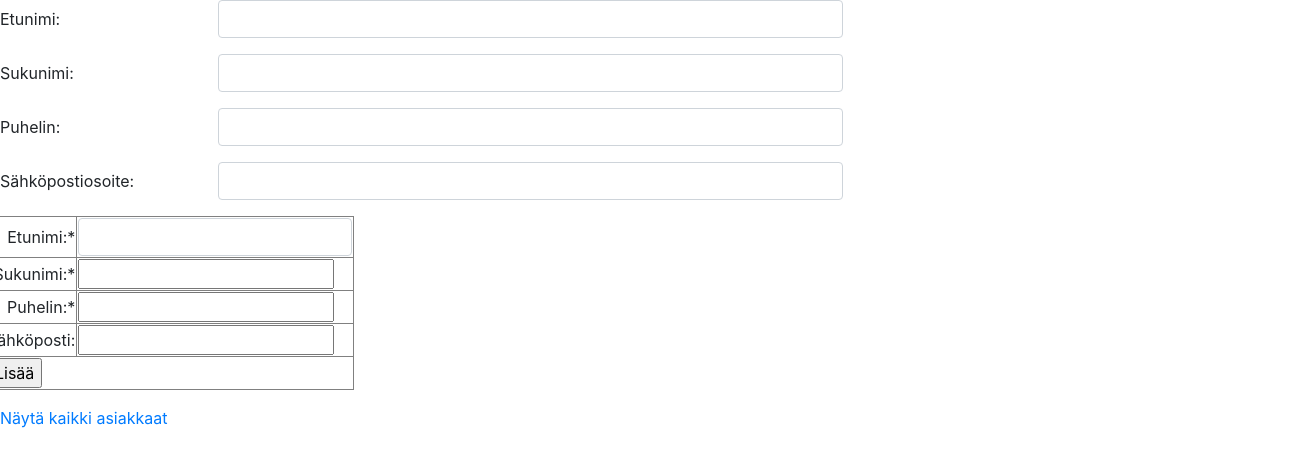
Repository: sarastu5/javaohjelmointi
Page: http://localhost/AsiakkaatWeb/lisaaasiakas.jsp
These files come from the project's save history. The page is drawn as it stood at one moment and after the next save; the edit follows.
The browser window is 1280 px wide. The page is 1295 px wide, so the pictures cover 1295 px, including what lies to the right of the window. The pictures show the whole page.
Some web libraries are served in a nearby version. The page is served by Tomcat 9. The session is filled in as if someone had signed in: {"kayttaja": 1}. Other server files are loaded and not shown.

Above is the page before, as saved 2018-05-04 18:40:05.

### Java EE/AsiakkaatWeb/WebContent/lisaaasiakas.jsp
<%@include file="onkokirjauduttu.jsp" %>
<%@ page language="java" contentType="text/html; charset=ISO-8859-1"
    pageEncoding="ISO-8859-1"%>
<!DOCTYPE html PUBLIC "-//W3C//DTD HTML 4.01 Transitional//EN" "http://www.w3.org/TR/html4/loose.dtd">
<html>
<head>
<meta http-equiv="Content-Type" content="text/html; charset=ISO-8859-1">
<script src="https://ajax.googleapis.com/ajax/libs/jquery/3.1.1/jquery.min.js"></script>
<link rel="stylesheet" type="text/css" href="main.css">
<link rel="stylesheet" href="https://stackpath.bootstrapcdn.com/bootstrap/4.1.0/css/bootstrap.min.css" integrity="sha384-9gVQ4dYFwwWSjIDZnLEWnxCjeSWFphJiwGPXr1jddIhOegiu1FwO5qRGvFXOdJZ4" crossorigin="anonymous">
<title>Asiakkaiden lisäys</title>
</head>
<body>
	<div id="error"></div>

	<form>
		<div class="form-group row">
	   		<label for="etunimi" class="col-sm-2 col-form-label">Etunimi:</label>
	    	<div class="col-sm-6">
	      		<input type="text" class="form-control" name="etunimi" id="etunimi">
	    	</div>
  		</div>
  		<div class="form-group row">
	   		<label for="sukunimi" class="col-sm-2 col-form-label">Sukunimi:</label>
	    	<div class="col-sm-6">
	      		<input type="text" class="form-control" name="sukunimi" id="sukunimi">
	    	</div>
  		</div>
  		<div class="form-group row">
	   		<label for="puhelin" class="col-sm-2 col-form-label">Puhelin:</label>
	    	<div class="col-sm-6">
	      		<input type="text" class="form-control" name="puhelin" id="puhelin">
	    	</div>
  		</div>
  		<div class="form-group row">
	   		<label for="sposti" class="col-sm-2 col-form-label">Sähköpostiosoite:</label>
	    	<div class="col-sm-6">
	      		<input type="text" class="form-control" name="sposti" id="sposti">
	    	</div>
  		</div>
	</form>



	<form class="form-group row" action="LisaaAsiakas" method="post" name="lisaaLomake" onsubmit="return validateForm()" id="lisaaLomake">
		<table border="1">
			<tr>
				<td align="right">Etunimi:*</td>
				<td><input type="text" class="form-control" name="etunimi" id="etunimi"></td>
			</tr>
			<tr>
				<td align="right">Sukunimi:*</td>
				<td><input type="text" name="sukunimi" id="sukunimi"></td>
			</tr>
			<tr>
				<td align="right">Puhelin:*</td>
				<td><input type="text" name="puhelin" id="puhelin"></td>
			</tr>
			<tr>
				<td align="right">Sähköposti:</td>
				<td><input type="text" name="sposti" id="sposti"></td>
			</tr>
			<tr>
				<td colspan="2"><input type="submit" value="Lisää"></td>
			</tr>
		</table>
	</form>

	<a href="haeasiakkaat.jsp">Näytä kaikki asiakkaat</a>

	<script>
		function validateForm() {
			var error = "";

			var etunimi = document.forms["lisaaLomake"]["etunimi"].value;
			if (etunimi == "") {
				error = error + "Etunimi on pakollinen<br>";
			}

			var sukunimi = document.forms["lisaaLomake"]["sukunimi"].value;
			if (sukunimi == "") {
				error = error + "Sukunimi on pakollinen<br>";
			}

			var puhelin = document.forms["lisaaLomake"]["puhelin"].value;
			if (puhelin == "") {
				error = error + "Puhelinnumero on pakollinen<br>";
			}

			if (error !== "") {
				$("#error").html(error);
				return false;
			}
		}
	</script>

	<script src="https://code.jquery.com/jquery-3.3.1.slim.min.js" integrity="sha384-q8i/X+965DzO0rT7abK41JStQIAqVgRVzpbzo5smXKp4YfRvH+8abtTE1Pi6jizo" crossorigin="anonymous"></script>
	<script src="https://cdnjs.cloudflare.com/ajax/libs/popper.js/1.14.0/umd/popper.min.js" integrity="sha384-cs/chFZiN24E4KMATLdqdvsezGxaGsi4hLGOzlXwp5UZB1LY//20VyM2taTB4QvJ" crossorigin="anonymous"></script>
	<script src="https://stackpath.bootstrapcdn.com/bootstrap/4.1.0/js/bootstrap.min.js" integrity="sha384-uefMccjFJAIv6A+rW+L4AHf99KvxDjWSu1z9VI8SKNVmz4sk7buKt/6v9KI65qnm" crossorigin="anonymous"></script>
</body>
</html>

### Java EE/AsiakkaatWeb/WebContent/onkokirjauduttu.jsp
<%
if (session.getAttribute("kayttaja")==null) {
	response.sendRedirect("index.jsp");
	return;
}
%>

### Java EE/AsiakkaatWeb/WebContent/main.css
td.otsikko {
	font-weight: bold;
}

After the next save:
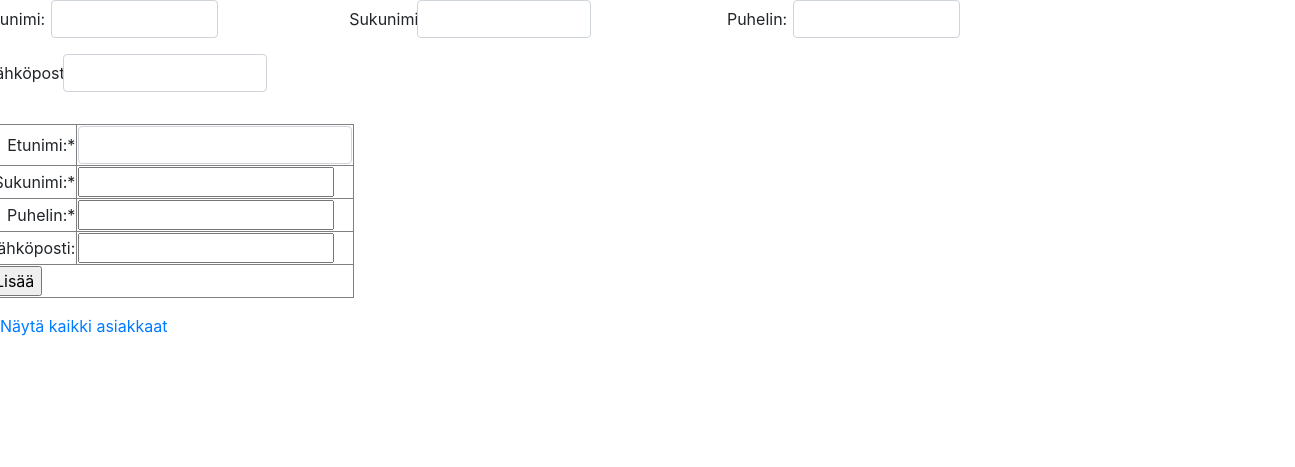
Saved 42 s later.
--- a/Java EE/AsiakkaatWeb/WebContent/lisaaasiakas.jsp
+++ b/Java EE/AsiakkaatWeb/WebContent/lisaaasiakas.jsp
@@ -13,7 +13,7 @@
 <body>
 	<div id="error"></div>
 
-	<form>
+	<form class="form-group row" action="LisaaAsiakas" method="post" name="lisaaLomake" onsubmit="return validateForm()" id="lisaaLomake">
 		<div class="form-group row">
 	   		<label for="etunimi" class="col-sm-2 col-form-label">Etunimi:</label>
 	    	<div class="col-sm-6">
